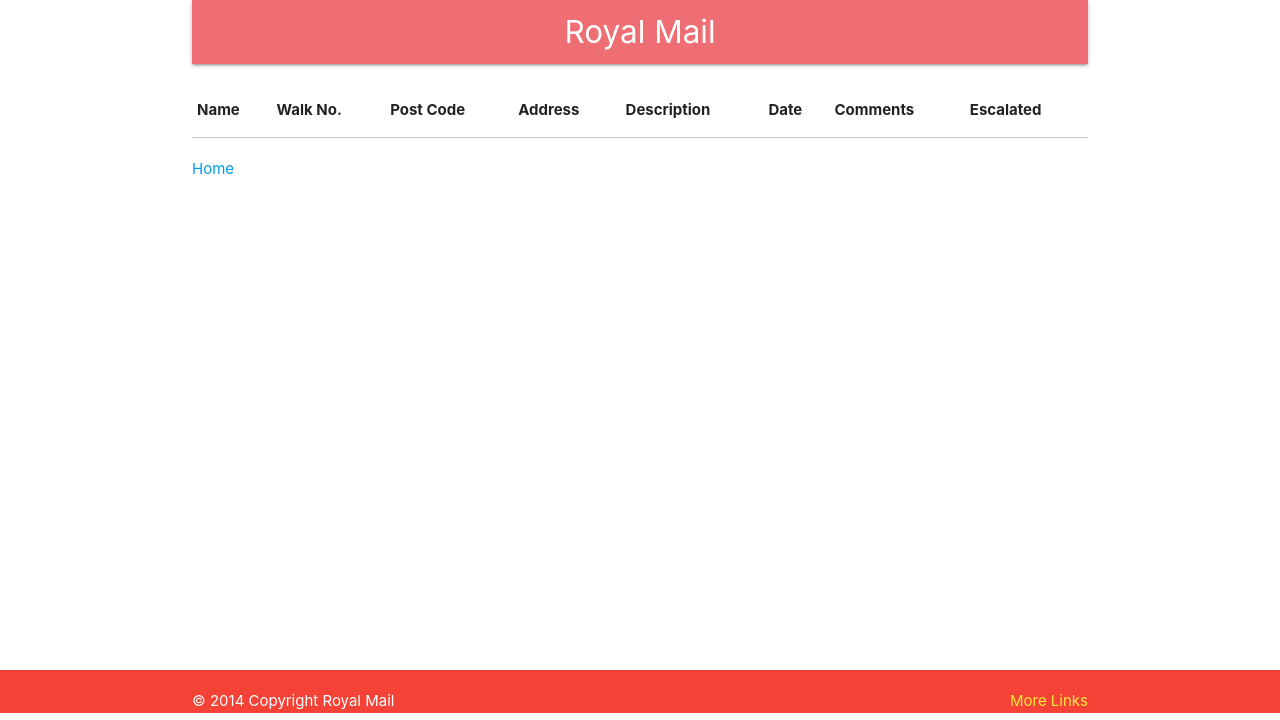
Repository: bandyp/Postal-Reminders
Page: http://localhost/see_route
The author's editor kept a record of every edit. The page is drawn from the files as they stood at one moment, then again after the next edit.
The browser window is 1280 px wide. The pictures show the whole page.
The page is served by the project's application, run on Flask 3 (app.py). Queries for data that is not in the repository find no rows.

Above is the page before.

After the next edit:
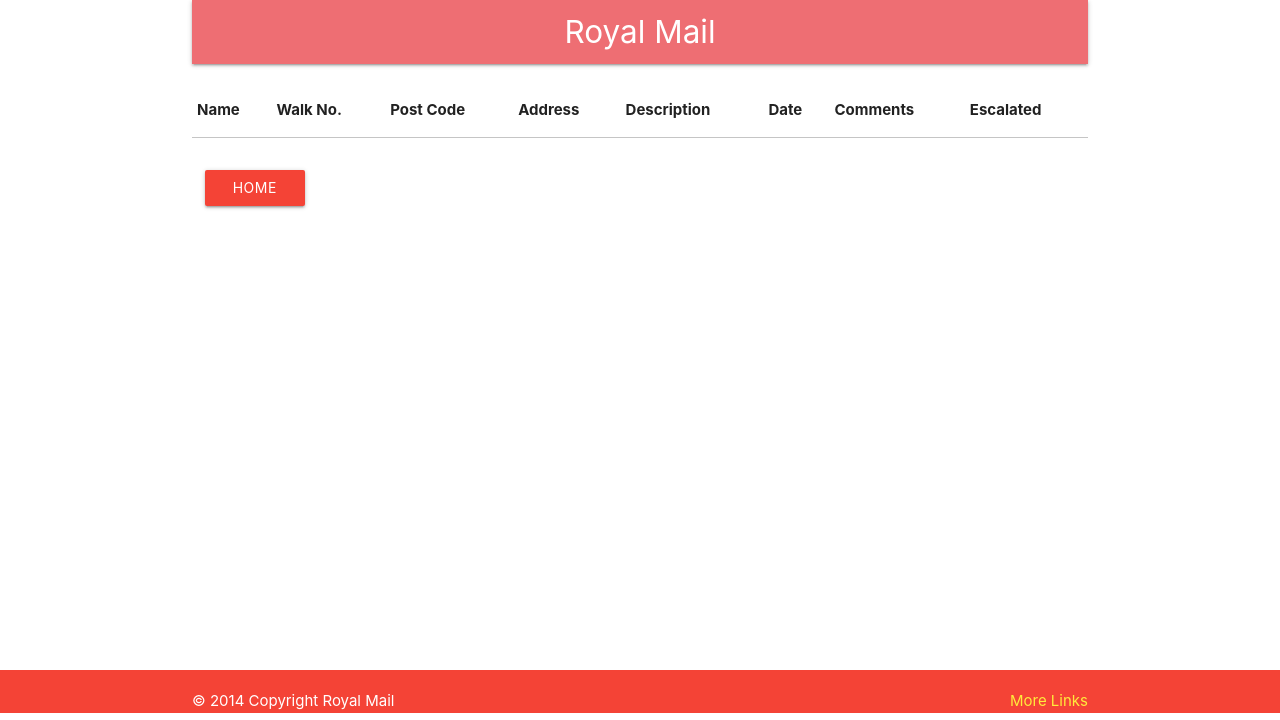
The edit:
--- a/templates/route.html
+++ b/templates/route.html
@@ -49,7 +49,7 @@
 
 </div>
 <div class="card-action">
-  <a href="{{ url_for('goto_home') }}">Home</a>
+  <a class="waves-effect red waves-light btn" href="{{ url_for('goto_home') }}">Home</a>
 </div>
 
 
